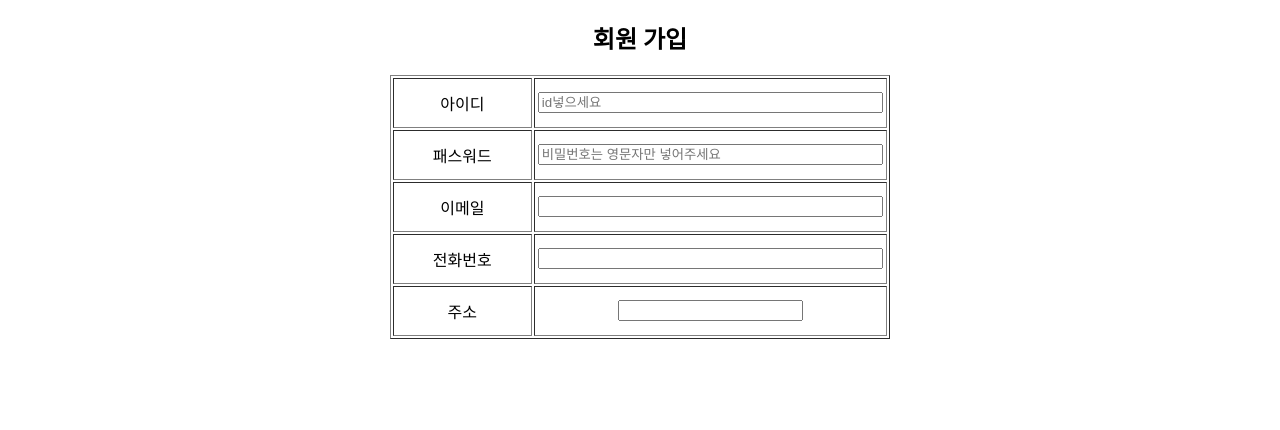
Repository: BartsimisraB/JavaPractice_
Page: http://localhost/Webpractice7/Login.jsp
An editor plug-in stored every save of this project. The page is shown before and after the next save, followed by the edit.
The browser window is 1280 px wide. The pictures show the whole page.
The page is served by Tomcat 9.

Above is the page before, as saved 2023-01-12 07:00:23.

After the next save:
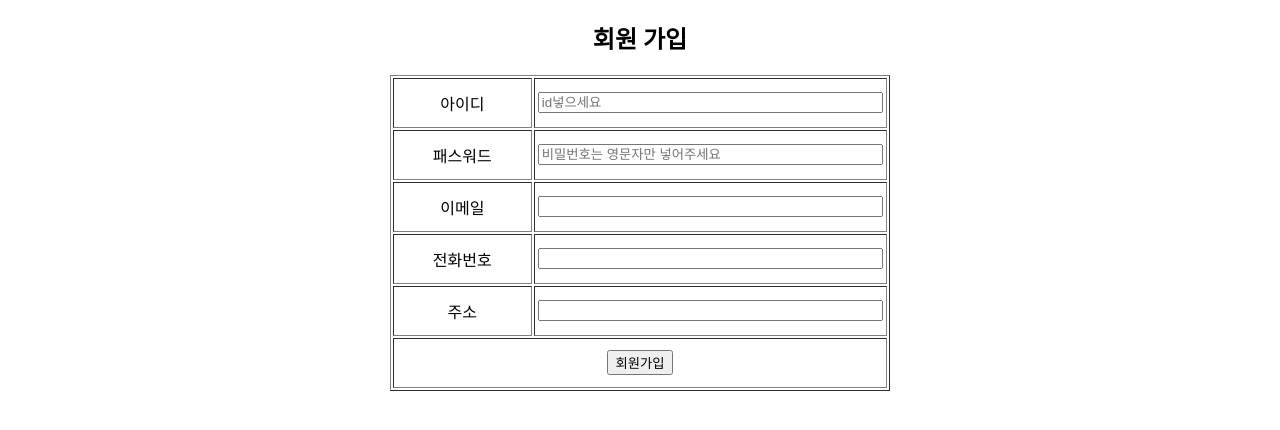
Saved 3 min 44 s later.
--- a/Webpractice7/src/main/webapp/Login.jsp
+++ b/Webpractice7/src/main/webapp/Login.jsp
@@ -55,6 +55,22 @@
 
 					<td width="150" align="center">주소</td>
 
-					<td width="350" align="center"><input type="text" name
+					<td width="350" align="center"><input type="text"
+						name="address" size="40"></td>
+
+				</tr>
+
+				<tr height="50">
+
+					<td align="center" colspan="2"><input type="submit"
+						value="회원가입"></td>
+
+				</tr>
+
+			</table>
+
+		</form>
+
+	</center>
 </body>
 </html>
